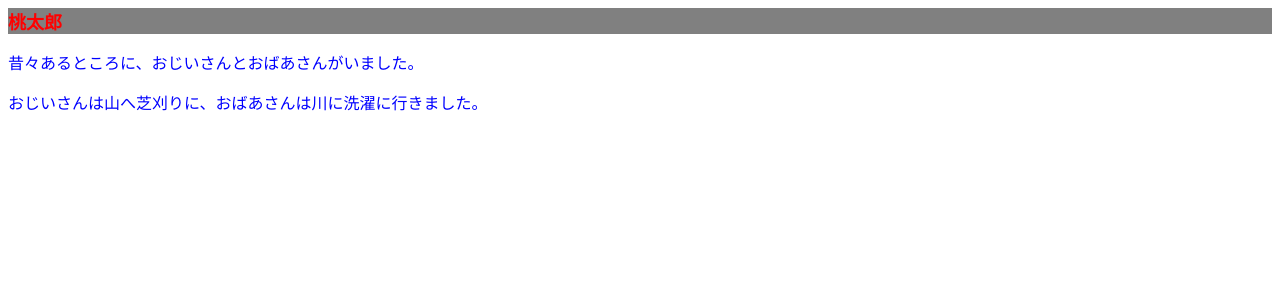
Repository: wadashuri/gourmand-site
Page: momotaro.html
The author's editor kept a record of every edit. The page is drawn from the files as they stood at one moment, then again after the next edit.
The browser window is 1280 px wide. The pictures show the whole page.

Above is the page before.

### momotaro.html
<!DOCTYEPE htmi>
<html lang="ja">
<herd>
    <meta charset="UTF-8">
    <title>サンプル</title>
    <style>
      h1 {
        color: red;
        font-size: large;
        background-color: gray;
      }
      p {
        color:  blue
      }

    </style>
</head>
<body>
  <h1>桃太郎</h1>
  <p>昔々あるところに、おじいさんとおばあさんがいました。</p>
  <p>おじいさんは山へ芝刈りに、おばあさんは川に洗濯に行きました。</p>
</body>
</html>

After the next edit:
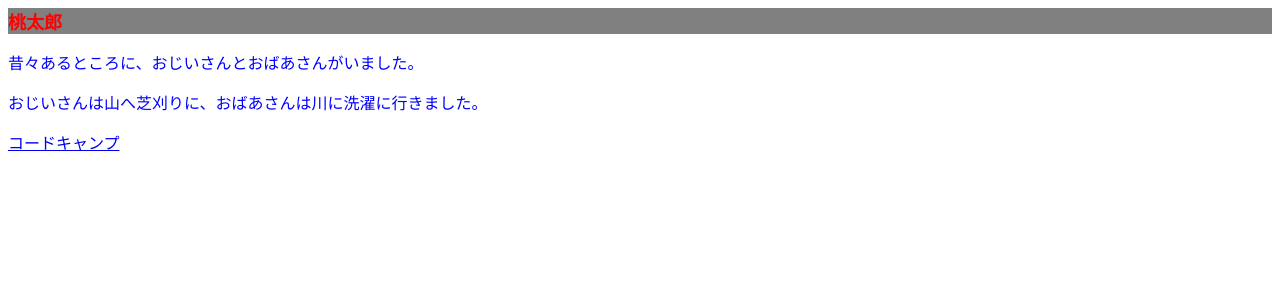
The edit:
--- a/momotaro.html
+++ b/momotaro.html
@@ -21,3 +21,4 @@
   <p>おじいさんは山へ芝刈りに、おばあさんは川に洗濯に行きました。</p>
 </body>
 </html>
+<a href="https://codecamp.jp">コードキャンプ</a>

After the 2 edits that followed:
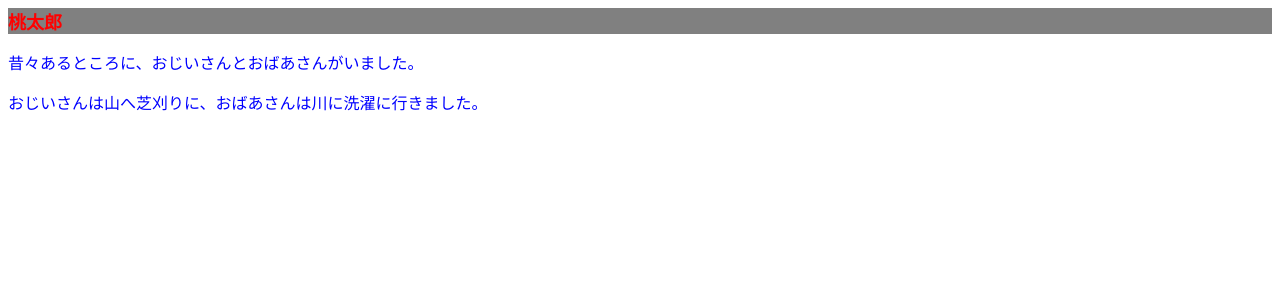
The 2 edits are shown as one change because 1 left the picture as it was.
The edit:
--- a/momotaro.html
+++ b/momotaro.html
@@ -1,6 +1,6 @@
 <!DOCTYEPE htmi>
 <html lang="ja">
-<herd>
+<head>
     <meta charset="UTF-8">
     <title>サンプル</title>
     <style>
@@ -21,4 +21,3 @@
   <p>おじいさんは山へ芝刈りに、おばあさんは川に洗濯に行きました。</p>
 </body>
 </html>
-<a href="https://codecamp.jp">コードキャンプ</a>
